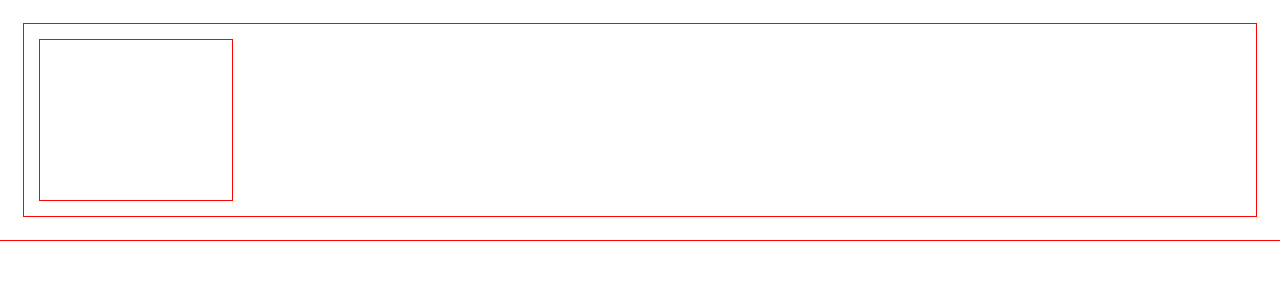
Repository: JacobSkilling-dot/Project1-Blog
Page: Week3-Blog.html
The author's editor kept a copy of each file at every save. The page is drawn from the files as they stood at one save, then again after the next save.
The browser window is 1280 px wide. The pictures show the whole page.

Above is the page before, as saved 2023-01-16 19:43:18.

### Week3-Blog.html
<!DOCTYPE html>
<html lang="en">
<head>
    <meta charset="UTF-8">
    <meta http-equiv="X-UA-Compatible" content="IE=edge">
    <meta name="viewport" content="width=device-width, initial-scale=1.0">
    <title>Website Template</title>
    <link rel="stylesheet" href="style.css">
</head>
<body>
    <div class="main-content">
        <style>
            .main-content{
                width: 10rem;
                height: 8rem;
            }


        </style>
    </div>

</body>
</html>

### style.css
* {
    outline: 1px solid rgb(255, 0, 0);
    padding: 1rem;
    min-height: 1rem;
}

After the next save:
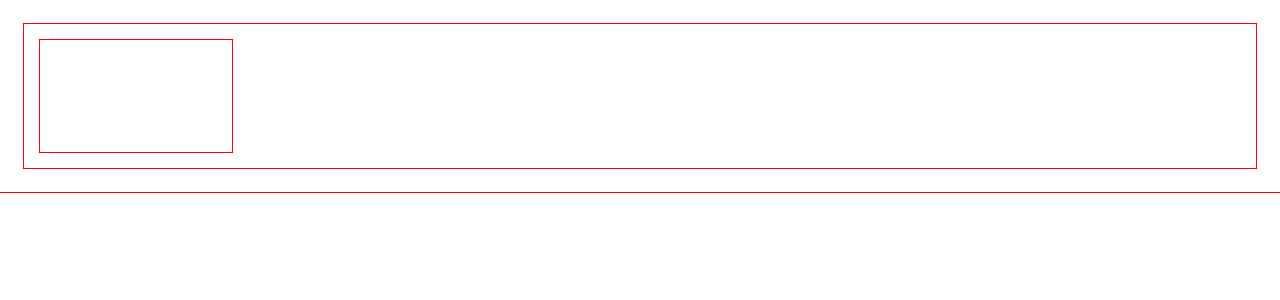
Saved 11 s later.
--- a/Week3-Blog.html
+++ b/Week3-Blog.html
@@ -12,7 +12,7 @@
         <style>
             .main-content{
                 width: 10rem;
-                height: 8rem;
+                height: 5rem;
             }
 
 
